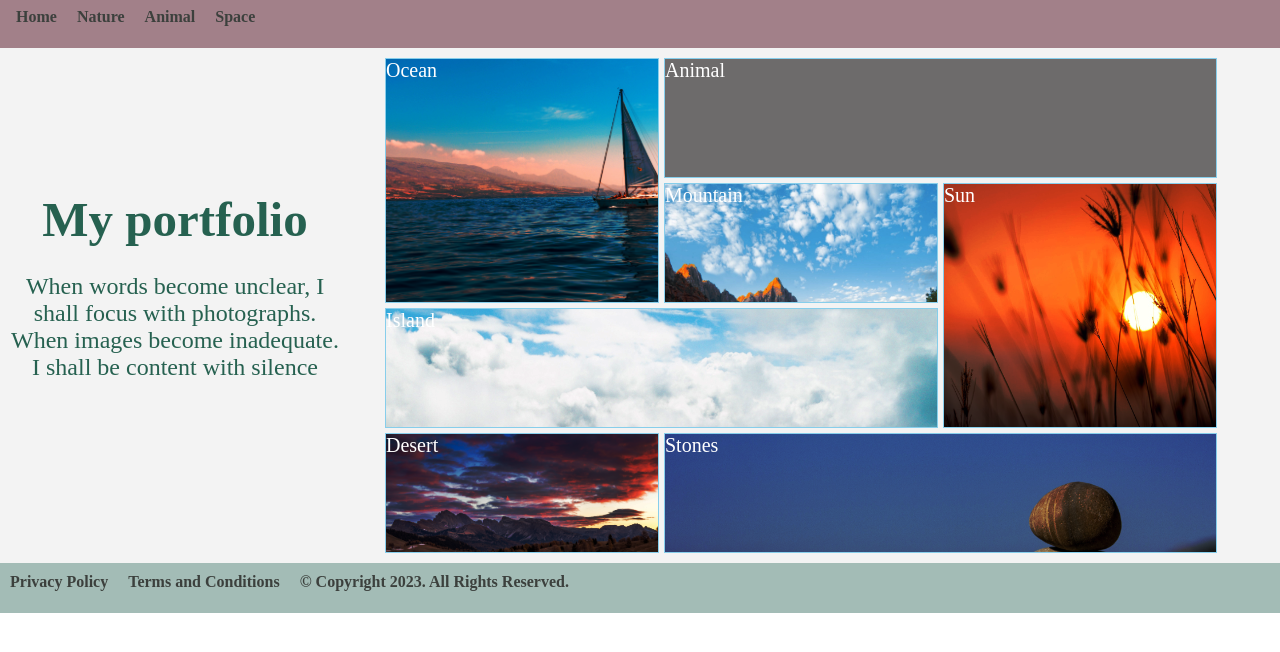
Repository: suraj-yadav7/03_Gallery_Portfolio
Page: index.html
These files come from the project's save history. The page is drawn as it stood at one moment and after the next save; the edit follows.
The browser window is 1280 px wide. The pictures show the whole page.
Pictures or frames that could not be fetched are drawn as grey boxes. Some web fonts or font styles are not loaded; a fallback is used.

Above is the page before, as saved 2023-02-14 22:07:54.

### index.html
<!DOCTYPE html>
<html lang="en">
<head>
    <meta charset="UTF-8">
    <meta http-equiv="X-UA-Compatible" content="IE=edge">
    <meta name="viewport" content="width=device-width, initial-scale=1.0">
    <title>Gallery</title>
    <link rel="stylesheet" href="style.css">
</head>
<body>
    <nav class="nav-section">
        <div class="nav-container">
        <ul class="nav-item flex">
            <li>    <a href="#">Home</a>   </li>
            <li>    <a href="#">Nature</a> </li>
            <li>    <a href="#">Animal</a> </li>
            <li>    <a href="#">Space</a> </li>
        </ul>
        </div>
    </nav>

        <div class="container flex">
            <div class="header-text">
                <h1 class="heading">My portfolio</h1>
                <p class="para">When words become unclear, I shall focus with photographs. When images become inadequate. I shall be content with silence</p>
            </div>
            <div class="gallery-layout">
                <div class="box" id="box1">Ocean</div>
                <div class="box" id="box2">Animal</div>
                <div class="box" id="box3">Mountain</div>
                <div class="box" id="box4">Sun</div>
                <div class="box" id="box5">Island</div>
                <div class="box" id="box6">Desert</div>
                <div class="box" id="box7">Stones</div>
            </div>
        </div>
        <footer>
            <div class="footer flex">
                <a>Privacy Policy</a>
                <a>Terms and Conditions</a>
                <a>© Copyright 2023. All Rights Reserved.</a>
            </div>
        </footer>
</body>
</html>

### style.css
@import url('https://fonts.googleapis.com/css2?family=Bodoni+Moda:ital,opsz@0,6..96;1,6..96&display=swap');

*{
    margin: 0;
    padding: 0;
    box-sizing: border-box;
}

:root{
    --primary-text-color: #1a0000;
    --secondary-text-color:  #33331a;
    --accent-color:  #cc99ff;
    --accent-dark-color: #4d88ff;
    --padding-inline-section: 20px;
}


/* Utility */


a{
    text-decoration: none;
    color: #3C403D;
}

.flex{
    display: flex;
    align-items: center;

}

/* Nav section */
.nav-container{
    background-color:  #a28089;
    padding: 1rem;
    font-family: 'Bodoni Moda', serif;
    font-size: 1rem;
    font-weight: bolder;
    height: 3rem;

}
.nav-item{
    gap: 20px;
    list-style: none;
    margin-top: -0.5rem;

}
a:hover{
    color:#fff;
}

/*main -section */
.container{
    background-color: #F3F3F3 ;
    padding-block: 10px;
    gap: 35px;
    font-family: "bodoni modo" ;


}
.header-text{
    height: 250px;
   width: 350px;
    color: white;
    text-align: center;
    padding: 10px;

}
.heading{
    font-size: 49px;
    color:#266150;
}
.para{
    margin-top: 25px;
    font-size: 1.5rem;
    color:#266150;

}
.gallery-layout{
    display: grid;
    row-gap: 5px;
    column-gap: 5px;
    grid-template-columns: repeat(3, 1fr);
    grid-auto-rows: 120px;
    flex-basis: 65%;

}

.box{
    background-color: rgb(63, 60, 60);
    border: 1px solid skyblue;
    background-size: cover;
    background-position: top;
    background-blend-mode: hard-light;
    transition: all 1s ease-in-out;
    cursor: pointer;
    color: white;
    font-size: 20px;


}
.box:hover{
    background-color:rgb(210, 204, 204) ;
    background-position: center;

    box-shadow: 0 0 4px #fff;

}

#box1{
    grid-row: span 2;
    background-image: url("images/pexels-szelei-robert-1482193.jpg");


}

#box2{
    grid-column: span 2;
    background-image: url("images/pexels-dsd-1829979.jpg");

}
#box3{
    background-image: url("images/pexels-michael-block-3225517.jpg");

}

#box4{
    grid-row: span 2;
    background-image: url("images/pexels-darwis-alwan-1454752.jpg");
}

#box5{
    grid-column: span 2;
    background-image: url("images/pexels-michael-block-3225524.jpg");

}
#box6{
    background-image: url("images/pexels-michal-lizuch-2919720.jpg");

}

#box7{
    grid-column: span 2;
    background-image: url("images/pexels-pixabay-235990.jpg");

}


/* Footer */
footer{
    height: 50px;
    max-width: 100%;
    background-color:  #A3BCB6;
    font-family: 'Bodoni Moda', serif;
    font-size: 1rem;
    font-weight: bolder;
}
footer a{
margin:  10px;
color:#3C403D;

}
/* media queries for Mobile Responsiveness */

@media screen and (max-width: 1024px){

    .container{
        flex-direction: column;
        padding: 20px;
    }
    .box{
        grid-column: span 3;
        grid-row: span 1;

    }
.gallery-layout{
    margin-top:-20px;
    width: 100%;
    grid-auto-rows: 100px;
    padding-inline: 12px;
    row-gap: 10px;

}
#box2, #box5, #box7{
    grid-column: span 3;
}

}

After the next save:
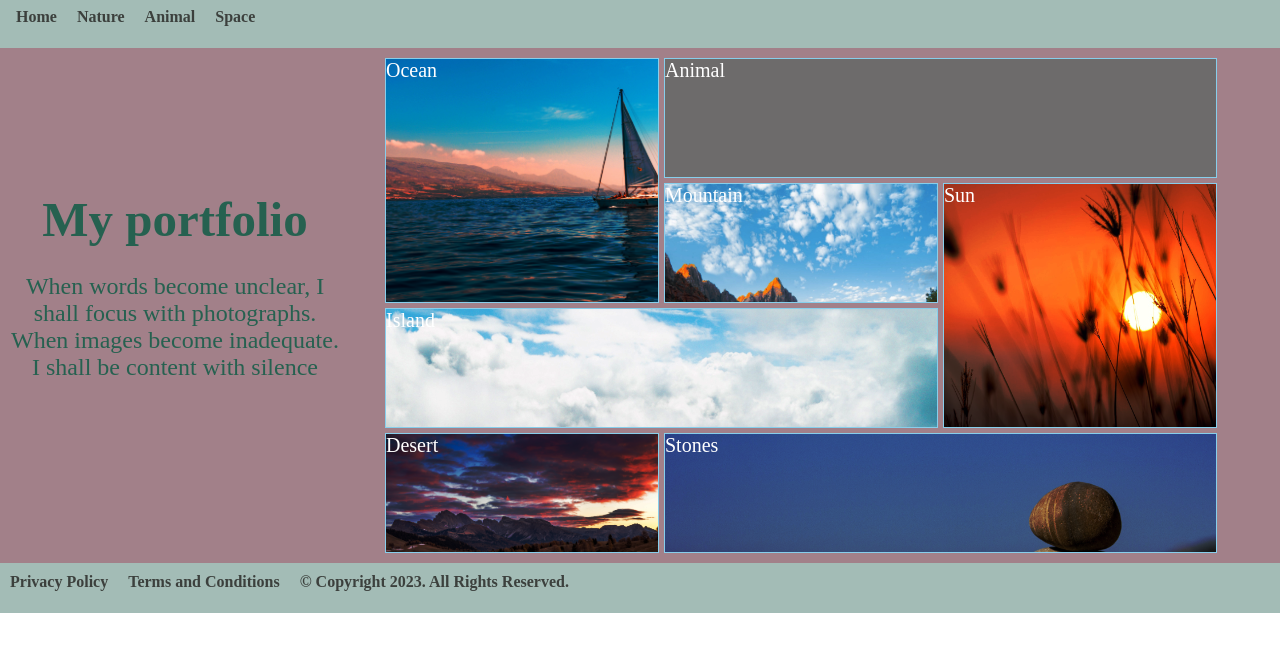
Saved 40 s later.
--- a/style.css
+++ b/style.css
@@ -31,7 +31,7 @@ a{
 
 /* Nav section */
 .nav-container{
-    background-color:  #a28089;
+    background-color: #A3BCB6;
     padding: 1rem;
     font-family: 'Bodoni Moda', serif;
     font-size: 1rem;
@@ -51,7 +51,7 @@ a:hover{
 
 /*main -section */
 .container{
-    background-color: #F3F3F3 ;
+    background-color:  #a28089;
     padding-block: 10px;
     gap: 35px;
     font-family: "bodoni modo" ;
